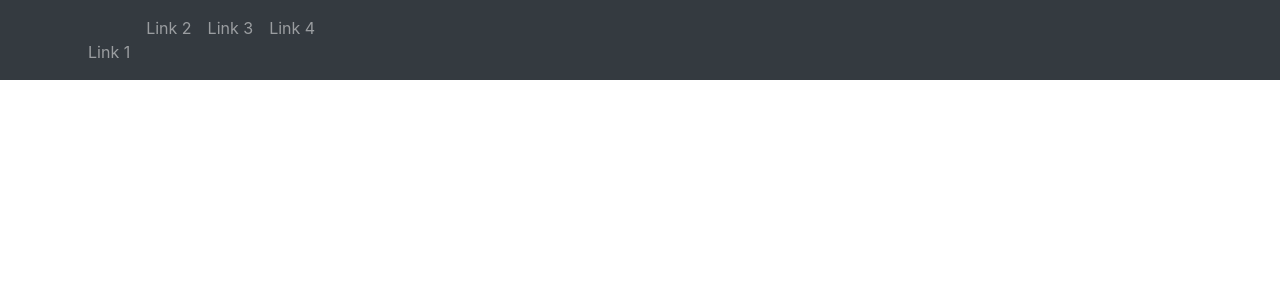
Repository: djzaragoza/bzbeemama
Page: index.html
An editor plug-in stored every save of this project. The page is shown before and after a run of saves, followed by the edit.
The browser window is 1280 px wide. The pictures show the whole page.
Some web libraries are served in a nearby version.

Above is the page before, as saved 2020-04-06 07:13:55.

### index.html
<!DOCTYPE html>

    <head>
        <title>BzBeeMama</title>
        <meta charset="UTF-8">
        <meta name="viewport" content="width=device-width, initial-scale=1.0">
        <script src="https://code.jquery.com/jquery-2.1.3.min.js"></script>

        <link rel="stylesheet" href="index.css">
        <link rel="stylesheet" href="https://stackpath.bootstrapcdn.com/bootstrap/4.4.1/css/bootstrap.min.css" integrity="sha384-Vkoo8x4CGsO3+Hhxv8T/Q5PaXtkKtu6ug5TOeNV6gBiFeWPGFN9MuhOf23Q9Ifjh" crossorigin="anonymous">

    </head>

    <body>
        <!-- bg-priary, bg-success, bg-warning, bg-info, and bg-danger-->
        <nav class="navbar navbar-expand-md navbar-dark bg-dark">

            <a class="navbar-brand"><img src=""
            <span class="navbar navbar-expand-md navbar-dark bg-dark">


            <ul class="navbar-nav">
                <li class="nav-item">
                    <a class="nav-link" href="#">Link 1</a>
                </li>
                <li class="nav-item">
                    <a class="nav-link" href="#">Link 2</a>
                </li>
                <li class="nav-item">
                    <a class="nav-link" href="#">Link 3</a>
                </li>
                <li class="nav-item">
                    <a class="nav-link" href="#">Link 4</a>
                </li>
            </ul>





    </body>




















</html>

### index.css
@import url('https://fonts.googleapis.com/css?family=Montserrat');

body {
    max-width: 100%;
    font-family: 'Montserrat', sans-serif;
}

After the next 2 saves:
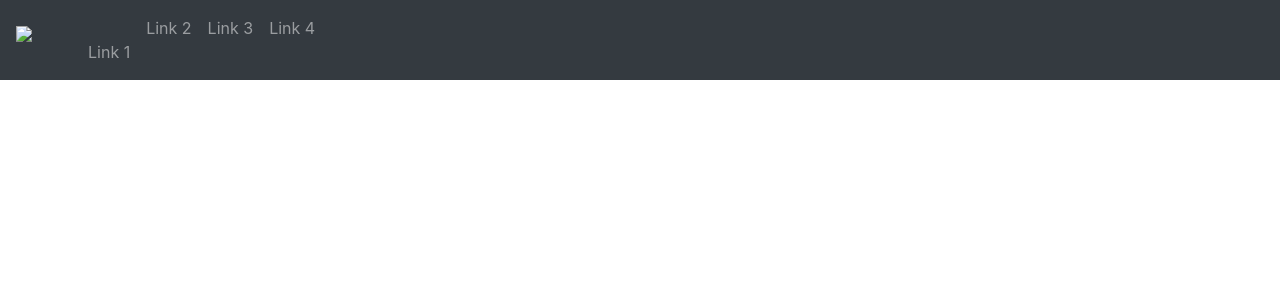
Not found: clevergear.png
The 2 saves are shown as one change because they came seconds apart.
The last was saved 7 s later.
--- a/index.html
+++ b/index.html
@@ -15,7 +15,7 @@
         <!-- bg-priary, bg-success, bg-warning, bg-info, and bg-danger-->
         <nav class="navbar navbar-expand-md navbar-dark bg-dark">
 
-            <a class="navbar-brand"><img src=""
+            <a class="navbar-brand"><img src="clevergear.png">
             <span class="navbar navbar-expand-md navbar-dark bg-dark">
 
 
